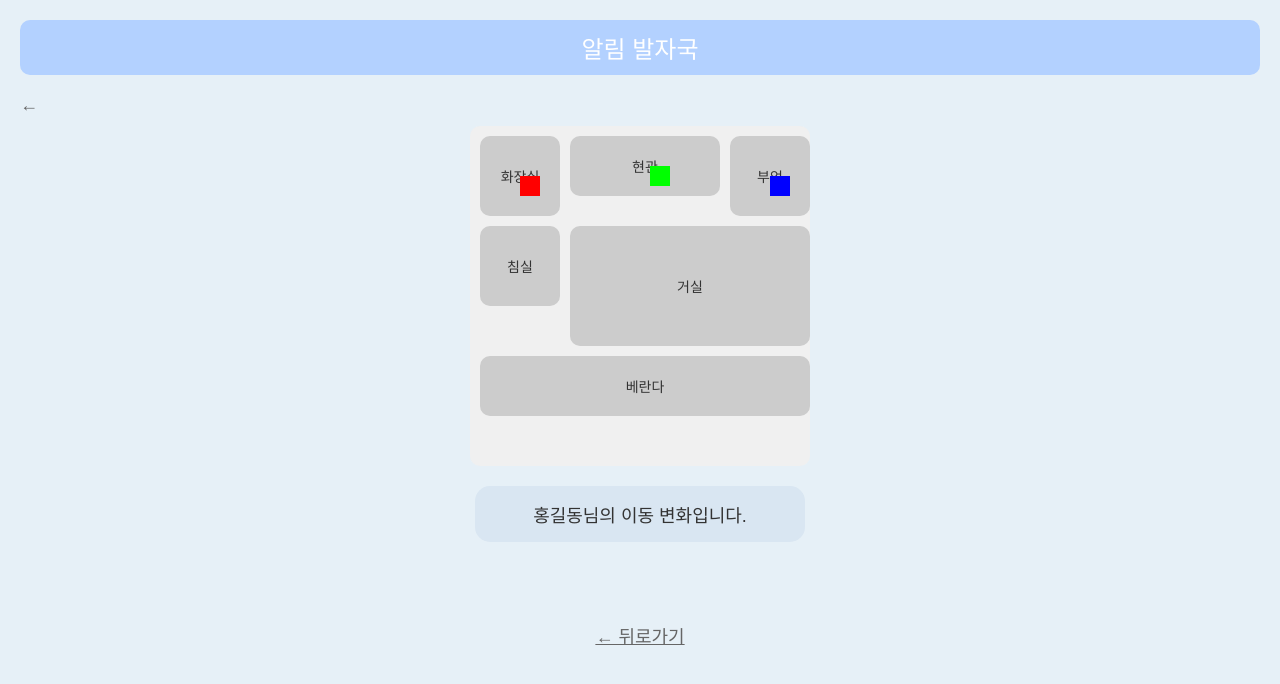
Repository: step-by-steps/step_by_steps_web
Page: http://localhost/step2
These files come from the project's save history. The page is drawn as it stood at one moment and after a run of saves; the edit follows.
The browser window is 1280 px wide. The pictures show the whole page.
The page is served by the project's application, run on Flask 3 (main.py). The session is filled in as if someone had signed in: {"username": "testuser"}. Queries for data that is not in the repository find no rows.

Above is the page before, as saved 2024-08-19 01:07:19.

### templates/step2.html
<!DOCTYPE html>
<html lang="ko">
<head>
    <meta charset="UTF-8">
    <meta name="viewport" content="width=device-width, initial-scale=1.0">
    <title>알림이</title>
    <style>
        body {
            font-family: Arial, sans-serif;
            margin: 0;
            padding: 0;
            background-color: #e6f0f7;
        }
        .container {
            display: flex;
            flex-direction: column;
            align-items: center;
            background-color: #e6f0f7;
            padding: 20px;
        }
        .title {
            font-size: 24px;
            color: #ffffff;
            text-align: center;
            margin-bottom: 20px;
            background-color: #b3d1ff;
            width: 100%;
            padding: 10px 0;
            border-radius: 10px;
            position: sticky;
            top: 0;
            z-index: 1000;
        }
        .back-button {
            align-self: flex-start;
            margin-bottom: 10px;
            font-size: 18px;
            color: #666;
        }
        .back-button a {
            text-decoration: none;
            color: #666;
        }
        .layout {
            position: relative;
            width: 100%;
            max-width: 320px;
            height: 320px;
            margin-bottom: 20px;
            background-color: #f0f0f0;
            border-radius: 10px;
            padding: 10px;
        }
        .room {
            position: absolute;
            background-color: #cccccc;
            display: flex;
            justify-content: center;
            align-items: center;
            border-radius: 10px;
            font-size: 14px;
            color: #333;
        }
        /* 방 위치 조정 */
        .room.화장실 { top: 10px; left: 10px; width: 80px; height: 80px; }
        .room.현관 { top: 10px; left: 100px; width: 150px; height: 60px; }
        .room.부엌 { top: 10px; left: 260px; width: 80px; height: 80px; }
        .room.침실 { top: 100px; left: 10px; width: 80px; height: 80px; }
        .room.거실 { top: 100px; left: 100px; width: 240px; height: 120px; }
        .room.베란다 { top: 230px; left: 10px; width: 330px; height: 60px; }

        /* 알림 버튼 위치 및 색상 */
        .alert_button {
            position: absolute;
            width: 20px;
            height: 20px;

        }
        .alert_button1 { top: 50px; left: 50px; background-color: #FF0000; } /* location1 - 빨간색 */
        .alert_button2 { top: 40px; left: 180px; background-color: #00FF00; } /* location2 - 초록색 */
        .alert_button3 { top: 50px; left: 300px; background-color: #0000FF; } /* location3 - 파란색 */

        .text-box {
            background-color: #d9e6f2;
            color: #333;
            font-size: 18px;
            text-align: center;
            padding: 15px;
            border-radius: 15px;
            width: 100%;
            max-width: 300px;
            margin-bottom: 20px;
        }
        .alerts-container {
            width: 100%;
            max-width: 300px;
            margin-top: 20px;
            padding-top: 20px;
        }
        .alerts {
            list-style-type: none;
            padding: 0;
            margin: 0;
            font-size: 14px;
        }
        .alert {
            background-color: #f8f8f8;
            padding: 10px;
            margin-bottom: 5px;
            border-left: 5px solid;
        }
        .alert.화장실 { border-left-color: #FF0000; } /* 빨간색 */
        .alert.현관 { border-left-color: #00FF00; } /* 초록색 */
        .alert.부엌 { border-left-color: #0000FF; } /* 파란색 */

        .alert span {
            font-weight: bold;
        }
    </style>
</head>
<body>

<div class="container">
    <div class="title">알림 발자국</div>

    <div class="back-button">
        <a href="#">←</a>
    </div>
    <div class="layout">
        <div class="room 화장실">화장실</div>
        <div class="room 현관">현관</div>
        <div class="room 부엌">부엌</div>
        <div class="room 침실">침실</div>
        <div class="room 거실">거실</div>
        <div class="room 베란다">베란다</div>

        <!-- 색이 다른 알림 버튼들 -->
        <div class="alert_button alert_button1"></div>
        <div class="alert_button alert_button2"></div>
        <div class="alert_button alert_button3"></div>
    </div>

    <!-- 분석하기 섹션 -->
    <div class="text-box">
        홍길동님의 이동 변화입니다.<br>
        {{ analysis_text }}
    </div>

    <!-- 알림 리스트 섹션 -->
    <div class="alerts-container">
        <ul class="alerts">
            {% for alert in sensor_data5 %}
            <li class="alert {% if alert.location == '화장실' %}화장실{% elif alert.location == '현관' %}현관{% elif alert.location == '부엌' %}부엌{% endif %}">
                알림: 사용자가 움직였습니다.
                <br>
                위치: {{ alert['location'] }} <!-- 위치 출력 -->
                <br>
                <span>{{ alert['timestamp'].strftime('%Y-%m-%d %I:%M %p') }}</span>
            </li>
            {% endfor %}
        </ul>
    </div>
    <div class="container">
        <!-- 뒤로가기 버튼 -->
        <a href="{{ url_for('index') }}" class="back-button">← 뒤로가기</a>
    <div>
</div>

</body>
</html>

### main.py
from flask import Flask, render_template, request, redirect, url_for, session,send_file
import mysql.connector
import matplotlib.pyplot as plt
import pandas as pd
import io
import os

app = Flask(__name__)
app.secret_key = '011'

db_login_data_config = {
    'user': 'ondy',
    'password': '030104',
    'host': '221.155.118.13',
    'database': 'login_data',
    'collation': 'utf8mb4_general_ci'
}

db_sensor_data5_config = {
    'user': 'ondy',
    'password': '030104',
    'host': '221.155.118.13',
    'database': 'sensor_data5',
    'collation': 'utf8mb4_general_ci'
}

db_sensor_data1_config={
    'user': 'ondy',
    'password': '030104',
    'host': '221.155.118.13',
    'database': 'sensor_data1',
    'collation': 'utf8mb4_general_ci'
}


#공통 DB 연결 함수
def get_db_connection(config):
    connection = mysql.connector.connect(**config)
    return connection

#login_data
def get_login_data():
    connection = get_db_connection(db_login_data_config)
    cursor = connection.cursor(dictionary=True)

    query = "SELECT * FROM some_table_in_login_data"
    cursor.execute(query)
    data = cursor.fetchall()

    cursor.close()
    connection.close()

    return data

def get_sensor_data5():
    # sensor_data1 데이터베이스에 연결
    connection = get_db_connection(db_sensor_data5_config)
    cursor = connection.cursor(dictionary=True)

    query = "SELECT event_type, location,timestamp FROM sensor_events WHERE event_type = 'pressed'"
    cursor.execute(query)
    data = cursor.fetchall()

    cursor.close()
    connection.close()

    return data

def get_sensor_data1():
    connection = mysql.connector.connect(**db_sensor_data1_config)
    cursor = connection.cursor(dictionary=True)

    # sensor_data1에서 필요한 데이터 가져오기
    query = "SELECT event_type, timestamp FROM sensor_events"
    cursor.execute(query)
    data = cursor.fetchall()

    cursor.close()
    connection.close()

    return data

def validate_user(username, password):
    """유저 정보 확인 함수"""
    conn = get_db_connection(db_login_data_config)
    cursor = conn.cursor(dictionary=True, buffered=True)  # buffered=True 추가
    cursor.execute("SELECT * FROM users WHERE username=%s AND password=%s", (username, password))
    user = cursor.fetchone()

    cursor.close()
    conn.close()
    return user

@app.route('/')
def home():
    if 'username' in session:
        return redirect(url_for('index'))
    return redirect(url_for('login'))

@app.route('/index')
def index():
    if 'username' in session:
        return render_template('index.html')
    return redirect(url_for('login'))

@app.route('/login', methods=['GET', 'POST'])
def login():
    if request.method == 'POST':
        username = request.form['username']
        password = request.form['password']
        user = validate_user(username, password)
        if user:
            session['username'] = user['username']
            return redirect(url_for('index'))
        else:
            return '로그인 실패'
    return render_template('login.html')

@app.route('/logout')
def logout():
    session.pop('username', None)
    return redirect(url_for('login'))

@app.route('/step1')
def step1():
    if 'username' not in session:
        return redirect(url_for('login'))
    return "Step 1 page"


@app.route('/step2')
def step2():
    if 'username' not in session:
        return redirect(url_for('login'))
    sensor_data5 = get_sensor_data5()
    return render_template('step2.html',sensor_data5=sensor_data5)

@app.route('/step2_image')
def step2_image():
    sensor_data = fetch_sensor_data()
    df = pd.DataFrame(sensor_data)
    df['timestamp'] = pd.to_datetime(df['timestamp'])
    df.set_index('timestamp').resample('W').size().plot(kind='bar', color='blue')
    plt.title('Sensor Events Over Time')
    plt.xlabel('Week')
    plt.ylabel('Event Count')
    plt.tight_layout()

    img = io.BytesIO()
    plt.savefig(img, format='png')
    img.seek(0)
    plt.close()

    return send_file(img, mimetype='image/png')

@app.route('/step3')
def step3():
    if 'username' not in session:
        return redirect(url_for('login'))
    sensor_data1 = get_sensor_data1()
    df = pd.DataFrame(sensor_data1)

    # 날짜를 인덱스로 설정하고, 일별 빈도를 계산
    df['timestamp'] = pd.to_datetime(df['timestamp'])
    df = df.set_index('timestamp')
    daily_data = df.resample('D').size()

    # 최신 두 날짜의 데이터 비교
    if len(daily_data) > 1:
        latest_date = daily_data.index[-1]
        previous_date = daily_data.index[-2]
        latest_value = daily_data[-1]
        previous_value = daily_data[-2]

        difference = latest_value - previous_value
        if difference > 0:
            analysis_text = f"어제보다 {difference}만큼 늘었습니다."
        elif difference < 0:
            analysis_text = f"어제보다 {-difference}만큼 줄었습니다."
        else:
            analysis_text = "어제와 변동이 없습니다."
    else:
        analysis_text = "데이터가 충분하지 않습니다."
    return render_template('step3.html', analysis_text=analysis_text)

@app.route('/plot.png')
def plot_png():
    # 데이터를 Pandas DataFrame으로 변환
    sensor_data1 = get_sensor_data1()
    df = pd.DataFrame(sensor_data1)
    # 날짜를 인덱스로 설정하고, 주별로 빈도를 계산
    df['timestamp'] = pd.to_datetime(df['timestamp'])
    df = df.set_index('timestamp')
    weekly_data = df.resample('D').size()

    # 그래프 생성
    fig, ax = plt.subplots()
    weekly_data.plot(kind='bar', ax=ax, color='blue')
    ax.set_xlabel('Date')
    ax.set_ylabel('Frequency')
    ax.set_title('Usage Frequency')

    # 그래프를 이미지로 변환
    img = io.BytesIO()
    plt.savefig(img, format='png')
    img.seek(0)
    plt.close()

    return send_file(img, mimetype='image/png')

@app.route('/settings')
def settings():
    if 'username' in session:
        return render_template('settings.html')
    return redirect(url_for('login'))

if __name__ == '__main__':
    app.run(debug=True, port=5002)

After the next 3 saves:
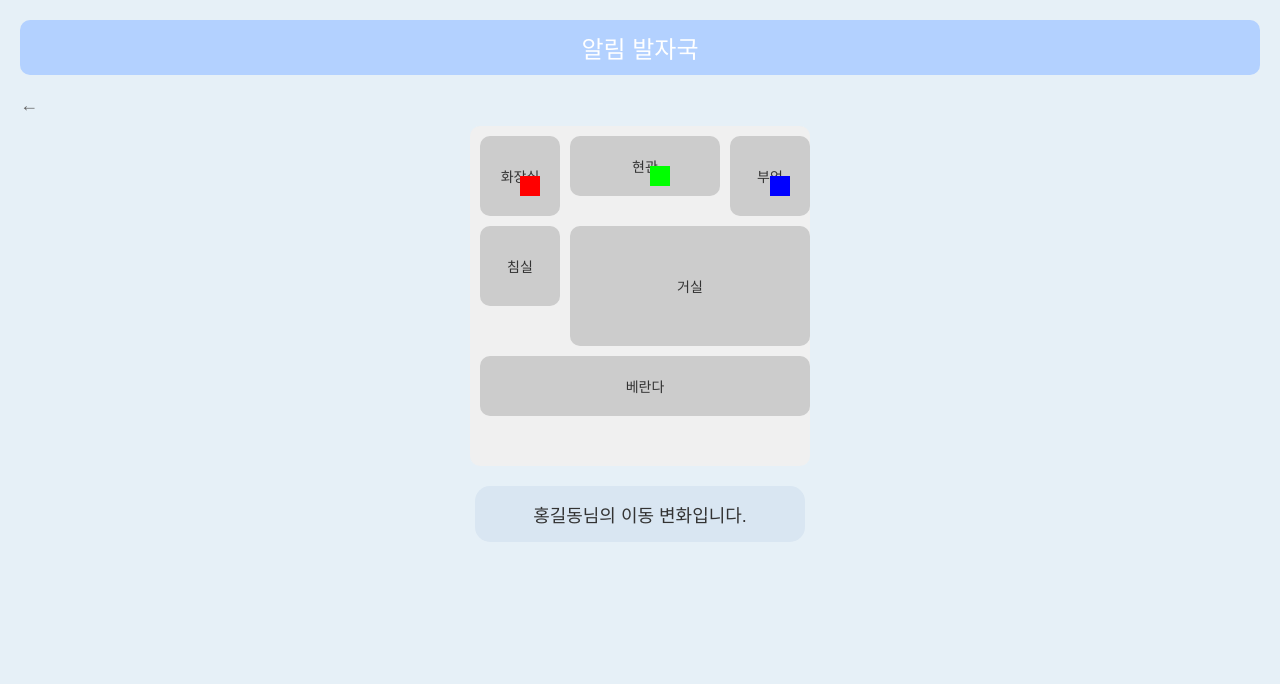
The 3 saves are shown as one change because they came seconds apart.
The last was saved 71 s later.
--- a/templates/step2.html
+++ b/templates/step2.html
@@ -159,11 +159,6 @@
             </li>
             {% endfor %}
         </ul>
-    </div>
-    <div class="container">
-        <!-- 뒤로가기 버튼 -->
-        <a href="{{ url_for('index') }}" class="back-button">← 뒤로가기</a>
-    <div>
 </div>
 
 </body>
